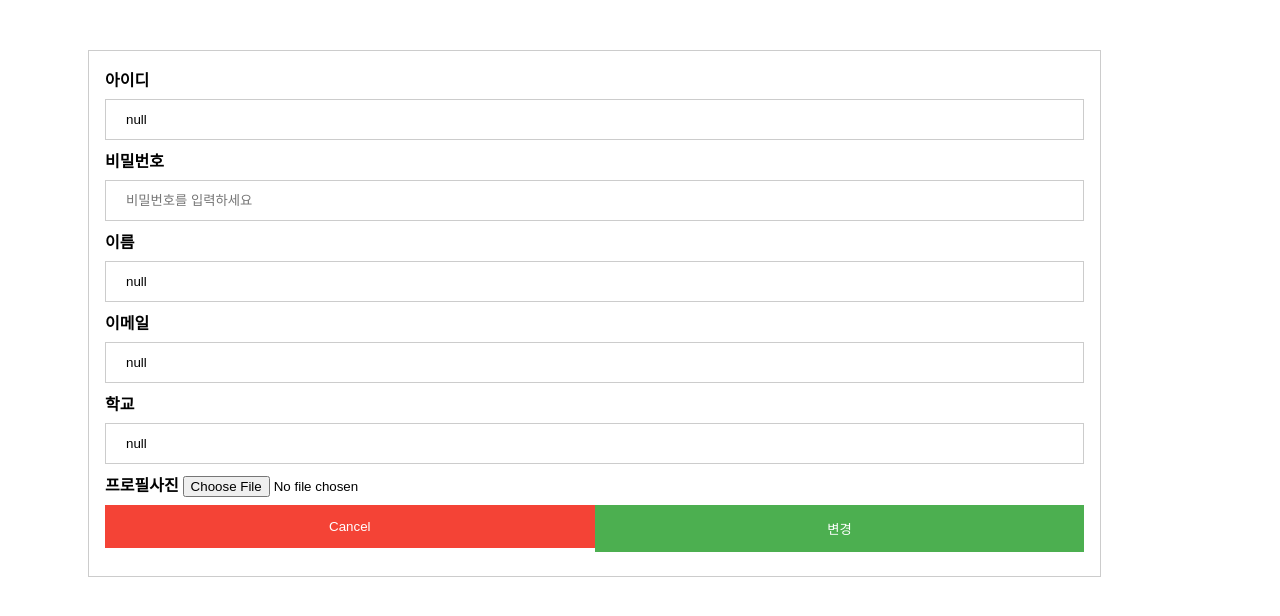
Repository: LeeHyukJe/LHJ
Page: http://localhost/mybbs/mybbs/member_change.jsp
These files come from the project's save history. The page is drawn as it stood at one moment and after the next save; the edit follows.
The browser window is 1280 px wide. The pictures show the whole page.
The page is served by Tomcat 9.

Above is the page before, as saved 2017-09-25 01:42:21.

After the next save:
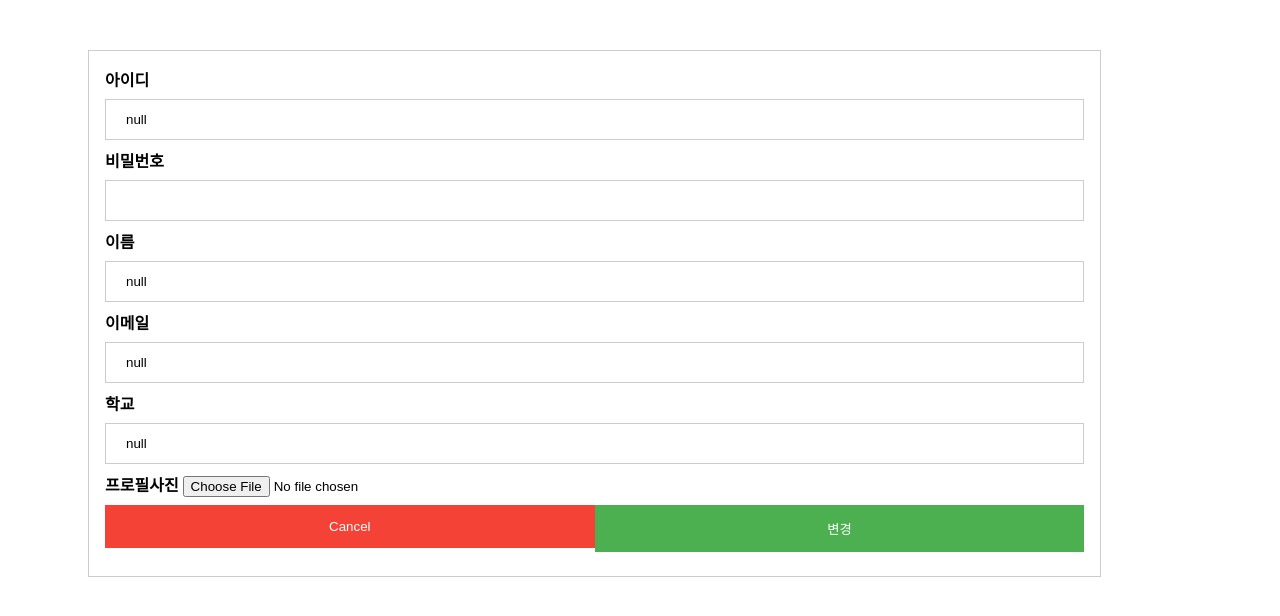
Saved 2 min 28 s later.
--- a/mybbs/WebContent/mybbs/member_change.jsp
+++ b/mybbs/WebContent/mybbs/member_change.jsp
@@ -17,12 +17,12 @@
 <title>Insert title here</title>
 </head>
 <body>
-	<form action="member_list.jsp" style="border: 1px solid #ccc; margin: 50px 0 0 80px; width: 80%;">
+	<form action="member_change_action.jsp" style="border: 1px solid #ccc; margin: 50px 0 0 80px; width: 80%;">
 		<div class="container">
 			<label><b>아이디</b></label>
 			<input type="text" name="user_id" value="<%=user_id%>" required>
 				<label><b>비밀번호</b></label> <input
-				type="password" placeholder="비밀번호를 입력하세요" name="user_password" required>
+				type="password" name="user_password" required>
 				<label><b>이름</b></label> <input type="text" name="user_name" value="<%=user_name %>">
 				 <label><b>이메일</b></label>
 			<input type="text" name="user_email" value="<%=user_email%>">
